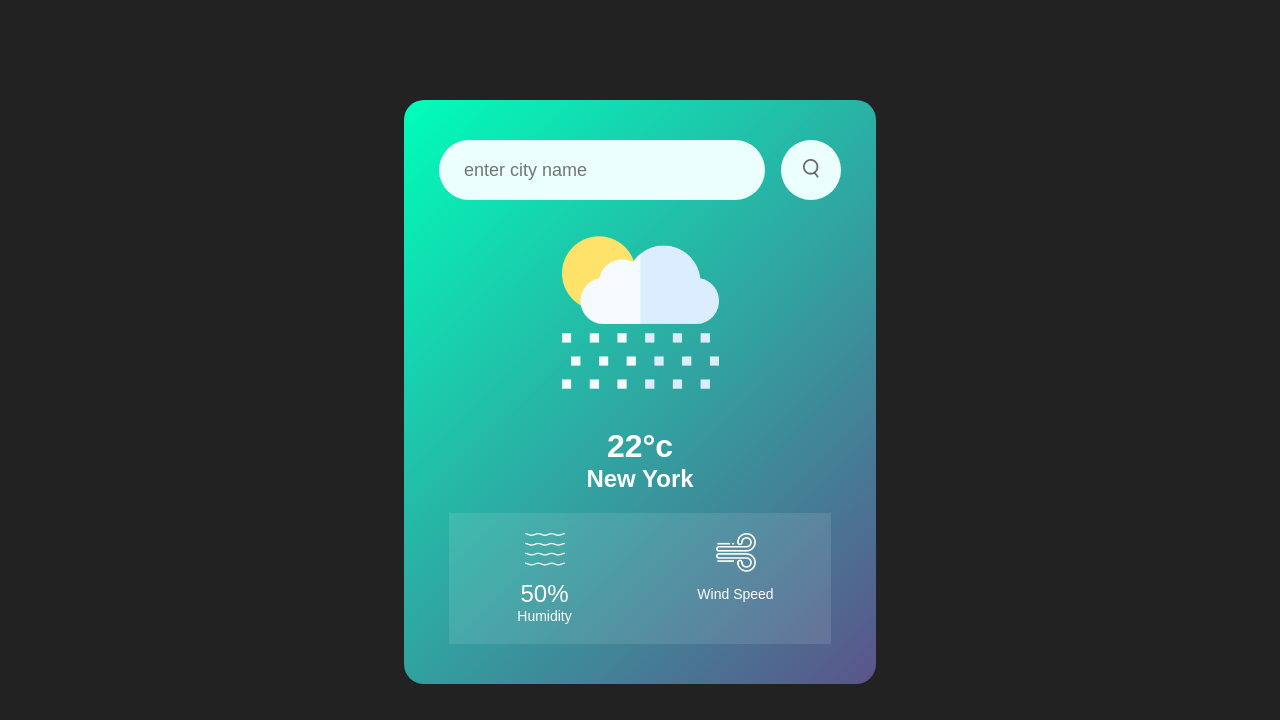
Repository: Rohit-foryou/Weather-app
Page: Weather App/Weather.html
An editor plug-in stored every save of this project. The page is shown before and after the next save, followed by the edit.
The browser window is 1280 px wide. The pictures show the whole page.

Above is the page before, as saved 2023-12-13 15:49:51.

### Weather App/Weather.html
<!DOCTYPE html>
<html lang="en">
<head>
    <meta charset="UTF-8">
    <meta name="viewport" content="width=device-width, initial-scale=1.0">
    <link rel="stylesheet" href="Weather.css">
    <title>Weather</title>
</head>
<body>
    <div class="card">
        <div class="search">
            <input type="text" placeholder="enter city name" spellcheck="false">
            <button><img src="Weather(Images)/search.png" alt=""></button>
        </div>
        <div class="weather">
            <img src="Weather(Images)/rain.png" class="weather-icon">
            <h1 class="temp">22°c</h1>
            <h2 class="city">New York</h2>
            <div class="details">
                <div class="col">
                    <img src="Weather(Images)/humidity.png">
                    <div>
                        <p class="humidity">50%</p>
                        <p>Humidity</p>
                    </div>
                </div>
                <div class="col">
                    <img src="Weather(Images)/wind.png">
                    <div>
                        <p class="wind"></p>
                        <p>Wind Speed</p>
                    </div>
                </div>
            </div>
        </div>
    </div>

    <script>
        const apikey = "6ac59fcef48d8d93fcea08ec82768a63";
        const apiurl = "https://api.openweathermap.org/data/2.5/weather?units=metric&q=";

        const searchbox = document.querySelector(".search input");
        const searchbtn = document.querySelector(".search button")
        const weathericon = document.querySelector(".weather-icon")

        async function CheckWeather(city){
            const response = await fetch(apiurl + city + `&appid=${apikey}`);
            var data = await response.json();

            console.log(data);

            document.querySelector(".city").innerHTML = data.name;
            document.querySelector(".temp").innerHTML = Math.round(data.main.temp) + "°c";
            document.querySelector(".humidity").innerHTML = data.main.humidity + "%";
            document.querySelector(".wind").innerHTML = data.wind.speed + " km/h";

            if(data.weather[0].main == "Clouds"){
                weathericon.src = "Weather(images)/clouds.png"
            }
            else if(data.weather[0].main == "Clear"){
                weathericon.src = "Weather(images)/clear.png"
            }
            else if(data.weather[0].main == "Rain"){
                weathericon.src = "Weather(images)/rain.png.png"
            }
            else if(data.weather[0].main == "Drizzle"){
                weathericon.src = "Weather(images)/drizzle.png.png"
            }
            else if(data.weather[0].main == "Mist"){
                weathericon.src = "Weather(images)/mist.png.png"
            }


        }

        searchbtn.addEventListener("click", ()=>{
            CheckWeather(searchbox.value);
        })


    </script>
</body>
</html>

### Weather App/Weather.css
*{
    margin: 0;
    padding: 0;
    font-family: 'Poppins', sans-serif;
    box-sizing: border-box;
}

body{
    background: #222;
}

.card{
    width: 90%;
    max-width: 472px;
    background: linear-gradient(135deg, #00feba, #5b548a);
    color: #fff;
    margin: 100px auto 0;
    border-radius: 20px;
    padding: 40px 35px;
    text-align: center;
}

.search{
    width: 100%;
    display: flex;
    align-items: center;
    justify-content: space-between;
}

.search input{
    border: 0;
    outline: 0;
    background: #ebfffc;
    color: #555;
    padding: 10px 25px;
    height: 60px;
    border-radius: 30px;
    flex: 1;
    margin-right: 16px;
    font-size: 18px;
}

.search button{
    border: 0;
    outline: 0;
    background: #ebfffc;
    border-radius: 50%;
    width: 60px;
    height: 60px;
    cursor: pointer;
}

.search button img{
    width: 16px;
}

.details {
    display: flex;
    justify-content: space-between;
    margin-top: 20px;
    padding: 0 10px;
    border: 0;

}

.col {
    flex: 1;
    background: rgba(255, 255, 255, 0.1);
    padding: 20px;
    box-sizing: border-box;
}

.col img {
    width: 40px;
    margin-bottom: 10px;
}

.col p {
    margin: 0;
    font-size: 14px;
    color: #fff;
}

.col .humidity {
    font-size: 24px; /* Adjust the font size for humidity value */
}

.col .wind {
    font-size: 24px; /* Adjust the font size for wind value */
}

/* Specific styles for humidity and wind labels */
.col p.humidity-label {
    font-size: 12px; /* Adjust the font size for humidity label */
}

.col p.wind-label {
    font-size: 12px; /* Adjust the font size for wind label */
}

After the next save:
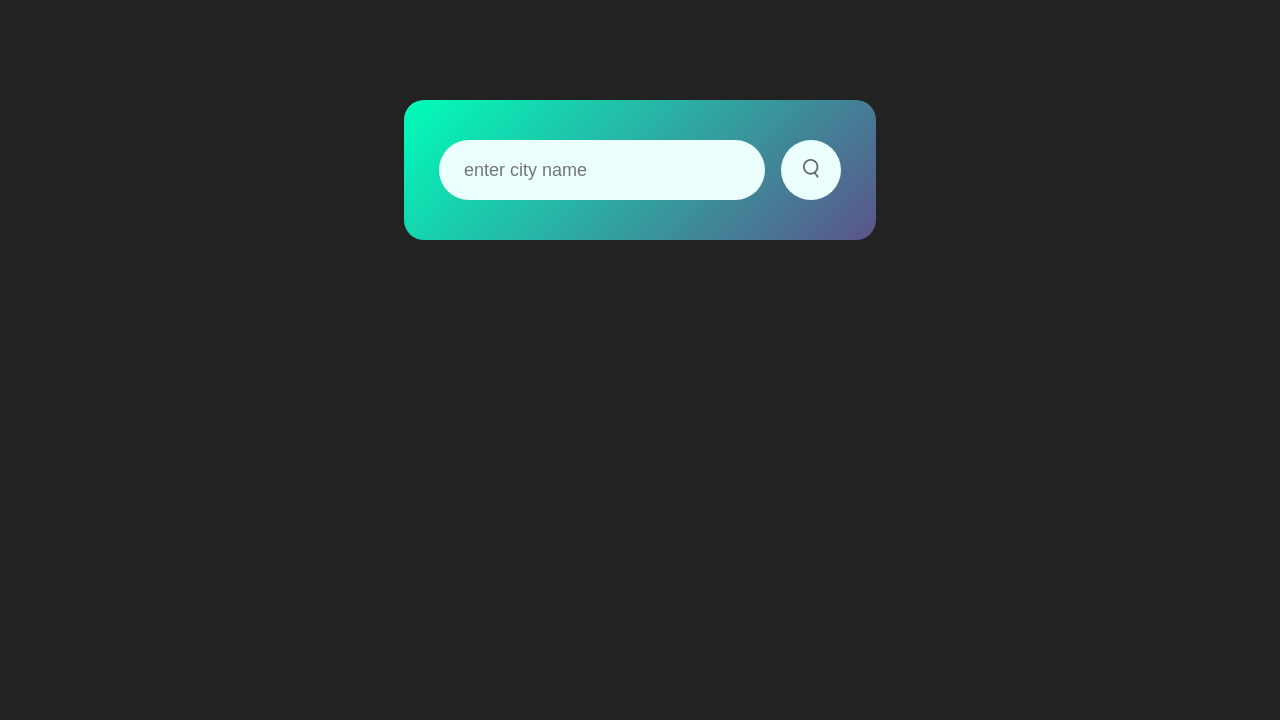
Saved 43 min 12 s later.
--- a/Weather App/Weather.css
+++ b/Weather App/Weather.css
@@ -97,3 +97,7 @@ body{
 .col p.wind-label {
     font-size: 12px; /* Adjust the font size for wind label */
 }
+
+.weather{
+    display: none;
+}
